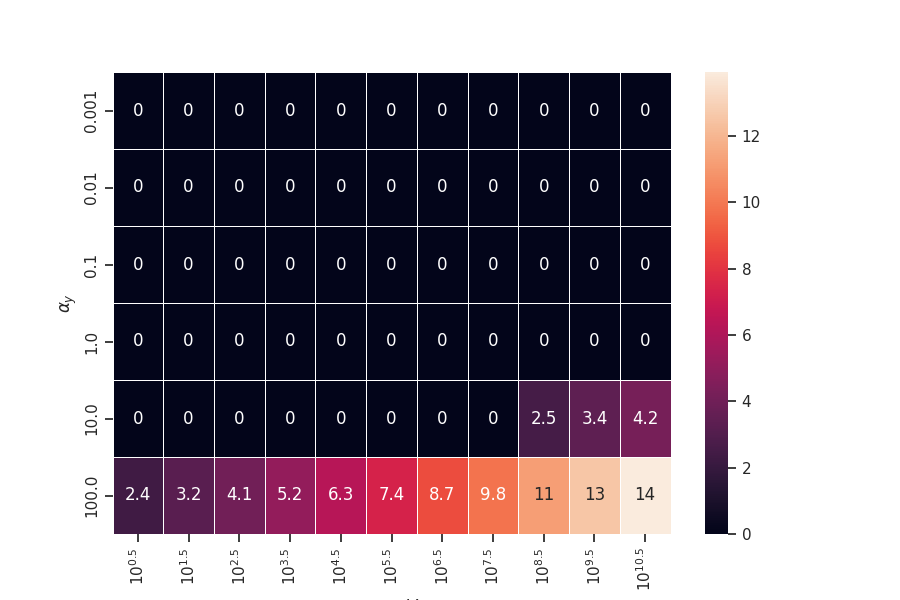
Repository: impermast/recombination
Script's output: python raschet/rec.py
An editor plug-in stored every save of this project. The script's output is shown before and after the next save, followed by the edit.
Random numbers start from a fixed seed.

Above is the script's output before, as saved 2023-05-13 20:10:54.

After the next save:
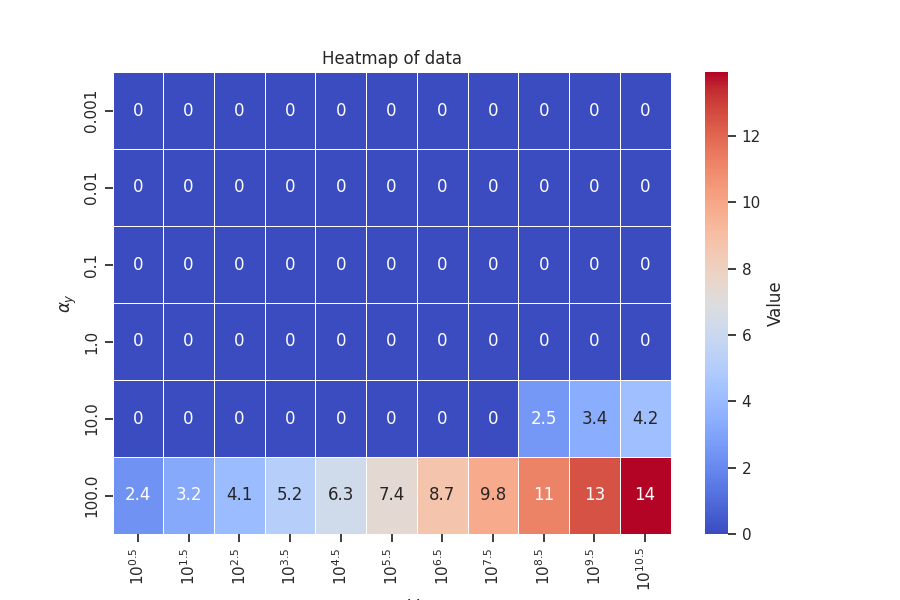
Saved 5 min 2 s later.
--- a/raschet/rec.py
+++ b/raschet/rec.py
@@ -110,8 +110,7 @@ def graph(T,r1,r2,rlim):
     plt.show()
     print("graphs")
 def funcForFormatter(x, pos):
-    a = '$10^{%.1f}$'%(x)
-    return a
+    return f'$10^{{{x:.1f}}}$'
 def kriteria(alp_range,m_range):
     global alpha,ma,err
     dens = [0]*len(alp_range)
@@ -203,17 +202,14 @@ def main():
     else:
         kriteria(alp_range,m_range)
 
-    df = pd.read_csv('data.csv',index_col=0)
-    print(df)
-    # Draw a heatmap with the numeric values in each cell
+    df = pd.read_csv('data.csv', index_col=0)
     sns.set_theme(style="dark")
     sns.set_style("ticks")
-    f, ax = plt.subplots(figsize=(9, 6))
-    sns.heatmap(df, annot=True, linewidths=.5, ax=ax)
-    ax.set(xlabel=r'${m_a, eV}$',ylabel=r'${\alpha_y}$')
-    formatter = ticker.FuncFormatter(funcForFormatter)
-    # Установка форматера для оси X
-    ax.xaxis.set_major_formatter(formatter)
+    fig, ax = plt.subplots(figsize=(9, 6))
+    sns.heatmap(df, annot=True, linewidths=.5, ax=ax, cmap='coolwarm', cbar_kws={'label': 'Value'})
+    ax.set(xlabel=r'$m_a$, eV', ylabel=r'$\alpha_y$', title='Heatmap of data')
+    ax.xaxis.set_major_formatter(ticker.FuncFormatter(funcForFormatter))
+    plt.show()
 
     plt.show()
  #   graph(T,r3,rk,rlim)
